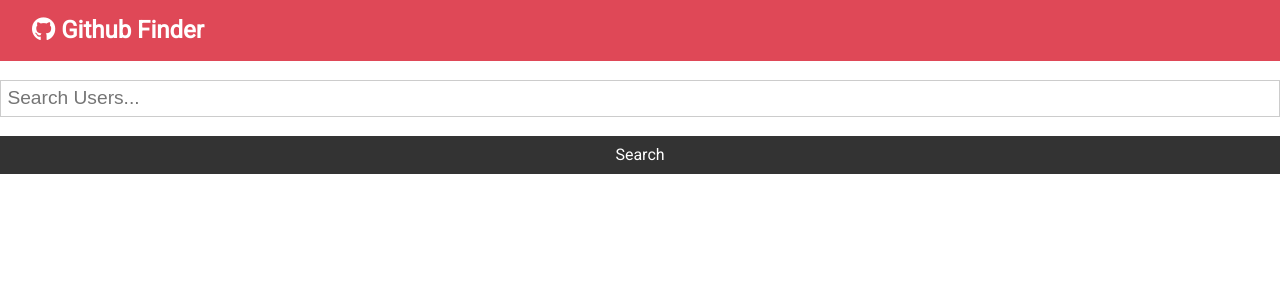
Repository: bafode/github-finder
Page: /
The author's editor kept a copy of each file at every save. The page is drawn from the files as they stood at one save, then again after the next save.
The browser window is 1280 px wide. The pictures show the whole page.
Some web libraries are served in a nearby version. The project was rebuilt for these pictures with package versions that can differ from the ones it lists, and the page was loaded fresh each time. Also part of the build but not shown: src/components/users/UserItem.js, src/components/layout/Spinner.js.

Above is the page before, as saved 2023-06-16 21:02:10.

After the next save:
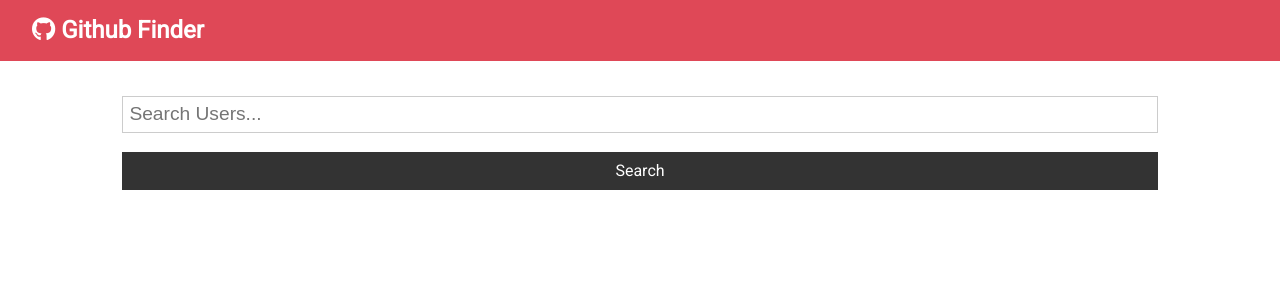
Saved 52 s later.
--- a/src/App.js
+++ b/src/App.js
@@ -39,8 +39,8 @@ class App extends Component {
     return (
       <div className="App">
         <Navbar />
-        <Search searchUsers={this.searchUsers} clearUsers={this.clearUsers} showClear={this.state.users.length>0?true:false} />
         <div className="container">
+          <Search searchUsers={this.searchUsers} clearUsers={this.clearUsers} showClear={this.state.users.length>0?true:false} />
           <Users loading={loading} users={users}/>
         </div>
       </div>
